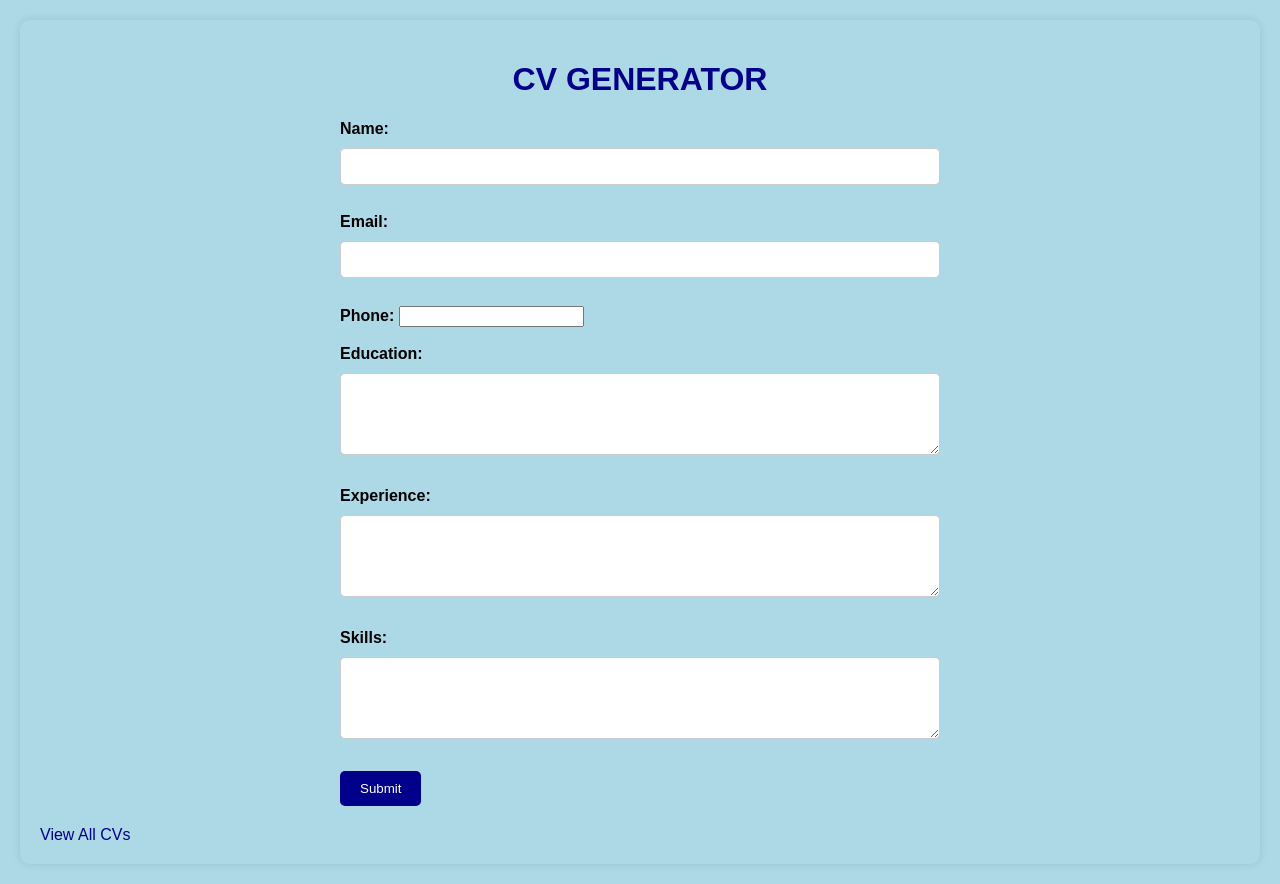
Repository: Arisha004/CV-generator
Page: index.html
These files come from the project's save history. The page is drawn as it stood at one moment and after the next save; the edit follows.
The browser window is 1280 px wide. The pictures show the whole page.

Above is the page before, as saved 2025-10-14 00:29:25.

After the next save:
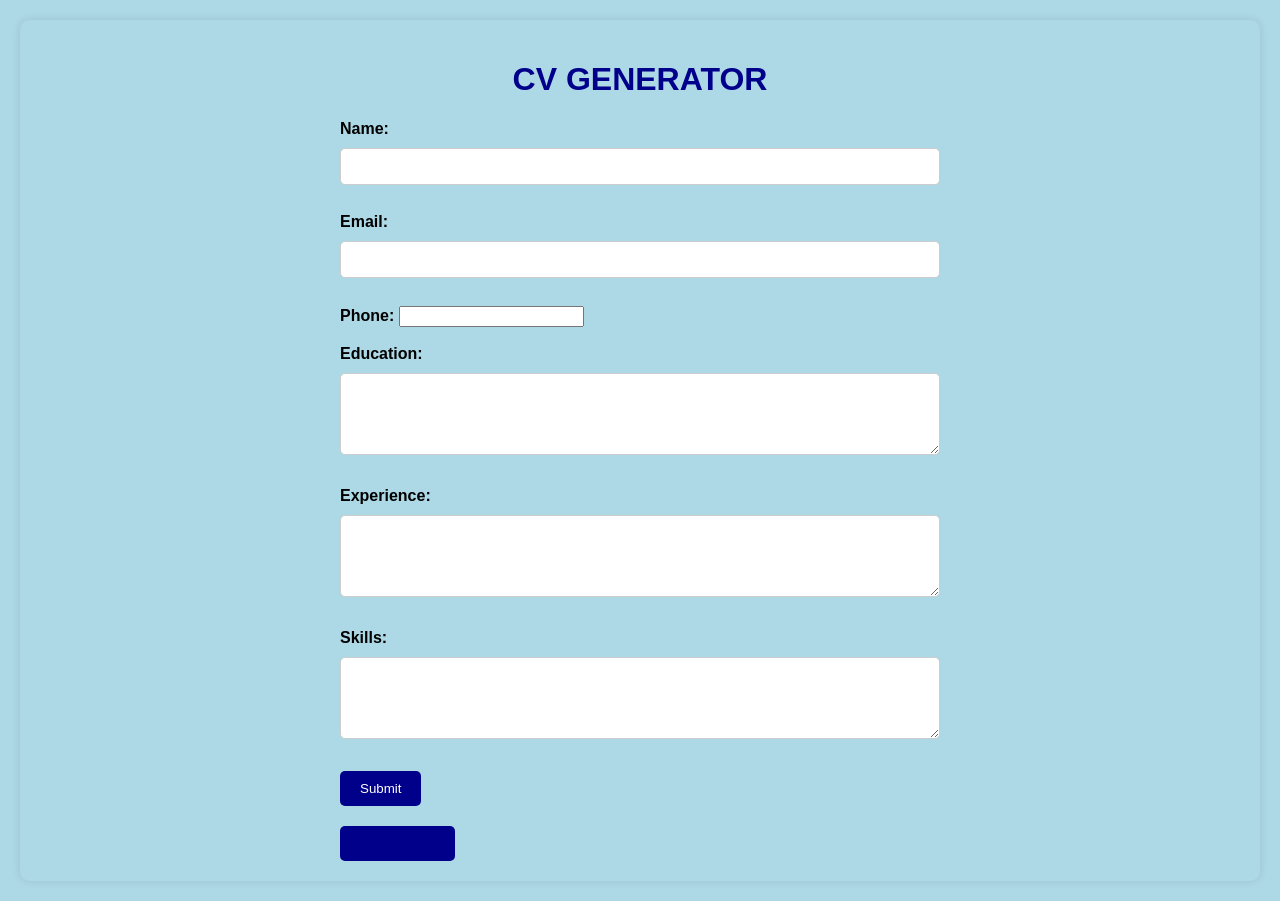
Saved 7 min 17 s later.
--- a/index.html
+++ b/index.html
@@ -8,7 +8,7 @@
 </head>
 <body>
     <h1> CV GENERATOR </h1>
-    <form action="insert.php" method="post">
+    <form id="cv" action="insert.php" method="post">
         <label for="name">Name:</label>
         <input type="text" id="name" name="name" required><br><br>
 
@@ -29,8 +29,10 @@
 
         <button type="submit" value="submit"> Submit </button>
     </form>
+
     <div style="margin-top: 20px;">
-        <a href="list.php">View All CVs</a>
+        <form id="cv" action="list.php" method="get">
+      <button>  <a href="list.php">View All CVs</a></button></form>
     </div>
 </body>
 </html>
--- a/style.css
+++ b/style.css
@@ -58,3 +58,11 @@ form{
 label{
     font-weight: bold;
 }
+.container{
+    max-width: 800px;
+    margin: auto;
+    padding: 20px;
+    background-color: white;
+    border-radius: 10px;
+    box-shadow: 0 0 10px rgba(0, 0, 0, 0.1);
+}
